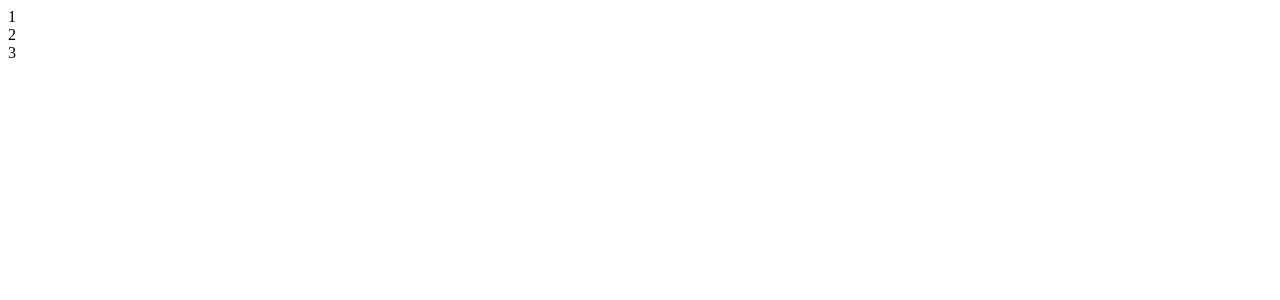
Repository: tfdonna/fontend
Page: js第一阶段/jquery/WebContent/元素操作.html
These files come from the project's save history. The page is drawn as it stood at one moment and after the next save; the edit follows.
The browser window is 1280 px wide. The pictures show the whole page.

Above is the page before, as saved 2021-09-06 02:25:55.
Console error: TypeError: dom.css is not a function

### js第一阶段/jquery/WebContent/元素操作.html
<!DOCTYPE html>
<html>
<head>
<meta charset="UTF-8">
<title>元素操作</title>
</head>
<body>
    <div>1</div>
    <div>2</div>
    <div>3</div>

    <script type="text/javascript" src="jquery.js"></script>
    <script type="text/javascript">
        $(function () {
			$('div').each(function (index, dom) {
				dom.css('background', 'pink');
			})
		})
    </script>
</body>
</html>

Loaded but not shown: js第一阶段/jquery/WebContent/jquery.js (library)

After the next save:
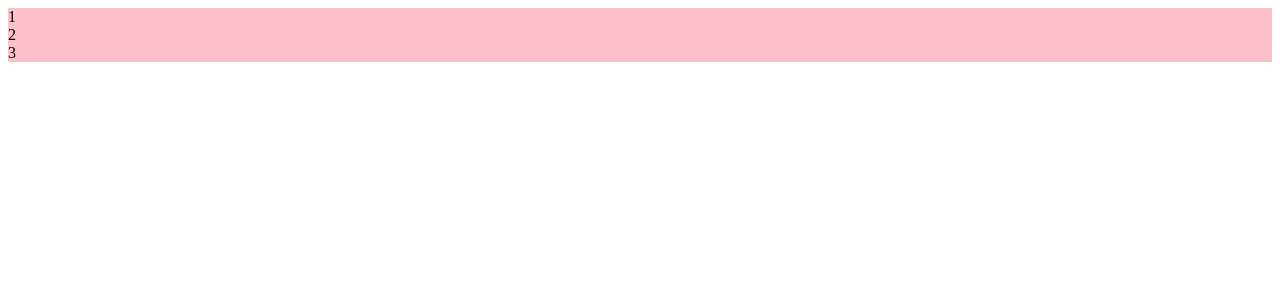
The error is gone.
Saved 55 s later.
--- a/js第一阶段/jquery/WebContent/元素操作.html
+++ b/js第一阶段/jquery/WebContent/元素操作.html
@@ -12,8 +12,9 @@
     <script type="text/javascript" src="jquery.js"></script>
     <script type="text/javascript">
         $(function () {
+        	//index 下标    dom： js的dom元素
 			$('div').each(function (index, dom) {
-				dom.css('background', 'pink');
+				$(dom).css('background', 'pink');
 			})
 		})
     </script>
